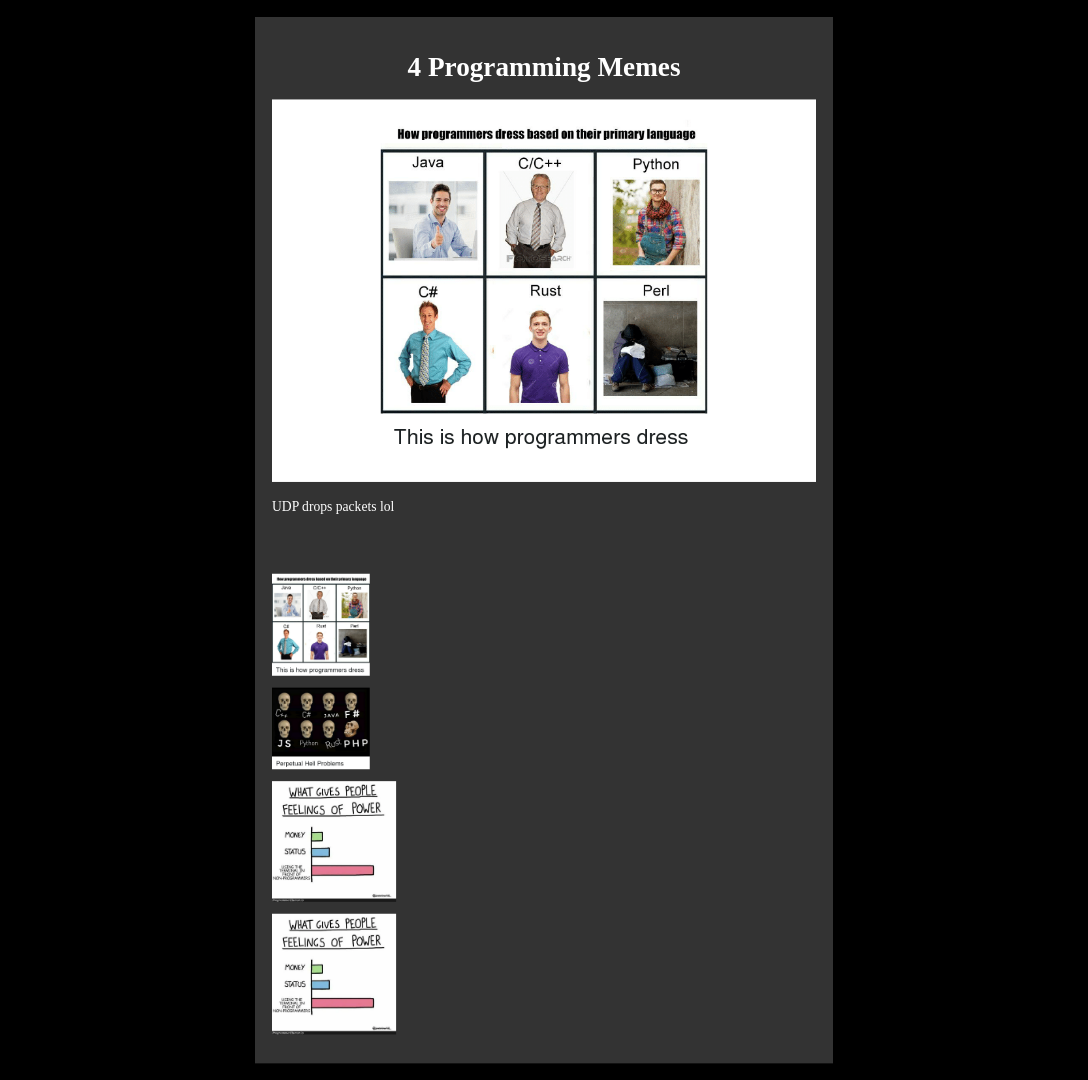
Repository: apopheny/JS230
Page: slideshow/index.html
The author's editor kept a copy of each file at every save. The page is drawn from the files as they stood at one save, then again after a run of saves.
The browser window is 1280 px wide. The pictures show the whole page, at 85% of full size.

Above is the page before, as saved 2024-02-05 14:14:26.
Console error: ReferenceError: func is not defined

### slideshow/index.html
<!DOCTYPE html>
<html lang="en">
  <head>
    <meta charset="UTF-8" />
    <meta name="viewport" content="width=device-width, initial-scale=1.0" />
    <title>Meme Slideshow</title>
    <link rel="stylesheet" href="stylesheets/slideshow.css" />
  </head>
  <body>
    <div id="slideshowContainer"></div>

    <script type="text/x-handlebars-template" id="galleryTemplate">
      <div class="slideshow">
        <h1>4 Programming Memes</h1>
        <div>
          {{> loadedPicturePartial this.[0]}}
        </div>
        <div class="gallery">
          {{> imageGalleryPartial this}}
        </div>
      </div>
    </script>

    <script type="text/x-handlebars-template" id="loadedPicturePartial">
      <div class="loadedPicture">
        <img
          src="assets/pic_{{this.id}}.png"
          alt="{{this.alt}}"
          class="loadedPicture"
          data-index="{{this.id}}"
        />
      </div>
      <span id="captionText">{{this.alt}}</span>
    </script>

    <script type="text/x-handlebars-template" id="imageGalleryPartial">
      <div class="image-gallery">
        {{#each this}}
          <a href="#" data-index="{{@index}}">
            <img src="assets/pic_{{this.id}}.png" class="image-thumbnail" />
          </a>
        {{/each}}
      </div>
    </script>

    <script src="https://cdn.jsdelivr.net/npm/handlebars@latest/dist/handlebars.js"></script>
    <script src="javascripts/slideshow.js"></script>
  </body>
</html>

### slideshow/stylesheets/slideshow.css
body {
  background-color: #000;
  display: flex;
  justify-content: center;
  align-items: center;
  min-height: 100vh;
  margin: 0;
  padding: 20px; /* Add some padding around the main container */
}

#slideshowContainer {
  display: flex;
  flex-direction: column;
  align-items: center;
  width: 90%; /* Make it responsive to the viewport width */
  max-width: 50vw; /* Set a max-width to prevent it from becoming too large */
  min-height: 100vh; /* Minimum height to take up more viewport space */
  background-color: #333;
  padding: 20px;
  box-shadow: 0 0 10px rgba(0, 0, 0, 0.5);
}

.slideshow h1 {
  text-align: center; /* Center the text horizontally */
  font-size: 2em; /* Increase the font size */
  color: #fff; /* Change the color to white or any color you prefer */
  margin: 0 auto; /* Center the heading and remove default margin */
  padding: 20px 0; /* Add some padding above and below the heading */
}

div.loadedPicture {
  width: 100%; /* Ensure it takes the full width of its container */
  background-color: #fff; /* White background for the image */
  display: flex; /* Use flex to center the image */
  justify-content: center; /* Center the image horizontally */
  padding: 20px; /* Add some padding around the image */
  margin-bottom: 20px;
  box-sizing: border-box; /* Include padding in width calculation */
}

.loadedPicture img {
  max-width: 100%; /* Ensure image does not overflow its container */
  max-height: 400px; /* Adjust based on your preference */
  margin-bottom: 10px; /* Space between image and caption */
}

#captionText {
  color: #fff;
  padding-top: 20px; /* Space between caption and gallery */
  margin-bottom: 20px; /* Space between caption and gallery */
}

.image-gallery {
  padding-top: 70px;
  display: flex;
  flex-wrap: wrap;
  justify-content: space-between;
  width: 100%;
}

.image-thumbnail {
  width: calc(25% - 10px); /* Four images per row, adjust margin */
  margin-bottom: 10px; /* Space between rows of images */
}

### slideshow/javascripts/slideshow.js
(function () {
  const memes = [
    {
      id: 1,
      alt: "UDP drops packets lol",
    },
    {
      id: 2,
      alt: "But why no JavaScript devs?",
    },
    {
      id: 3,
      alt: "I have never used PHP but still have an opinion somehow",
    },
    {
      id: 4,
      alt: "I am 1337 h4x0r and one day I'll learn grep and cURL",
    },
  ];

  Handlebars.registerPartial(
    "loadedPicturePartial",
    document.getElementById("loadedPicturePartial").innerHTML
  );
  Handlebars.registerPartial(
    "imageGalleryPartial",
    document.getElementById("imageGalleryPartial").innerHTML
  );
  let galleryTemplate = Handlebars.compile(
    document.getElementById("galleryTemplate").innerHTML
  );

  document.getElementById("slideshowContainer").innerHTML =
    galleryTemplate(memes);

  document.addEventListener("DOMContentLoaded", func);
})();

After the next 2 saves:
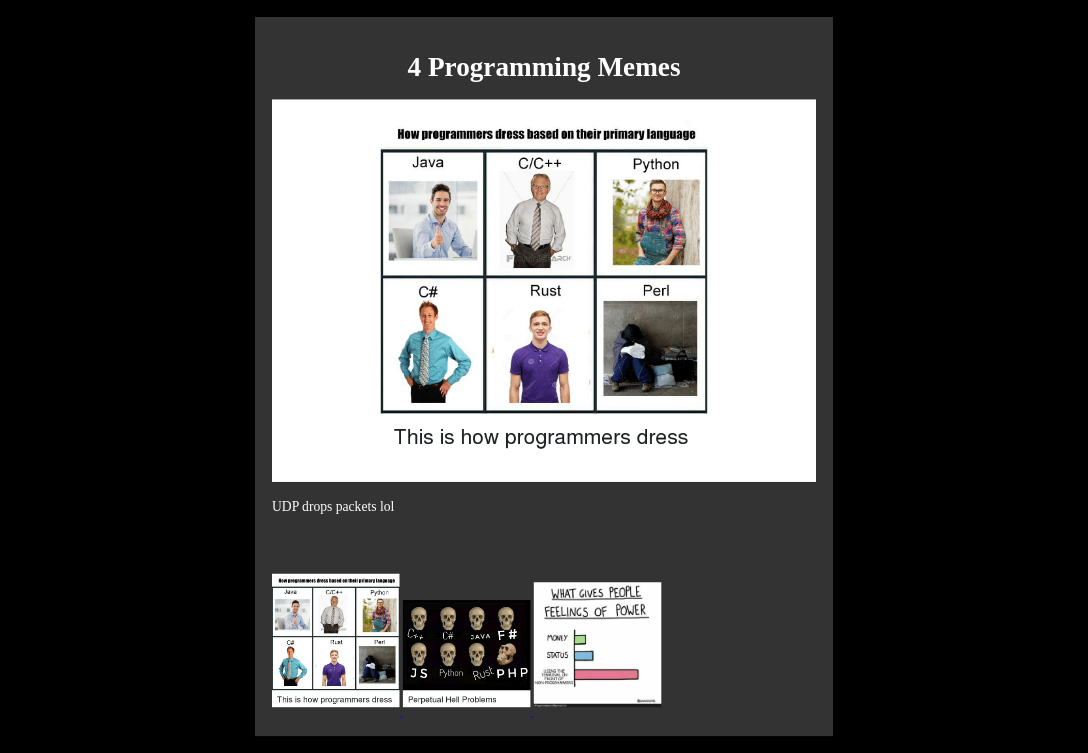
The 2 saves are shown as one change because they came seconds apart.
The last was saved 71 s later.
--- a/slideshow/index.html
+++ b/slideshow/index.html
@@ -37,7 +37,7 @@
       <div class="image-gallery">
         {{#each this}}
           <a href="#" data-index="{{@index}}">
-            <img src="assets/pic_{{this.id}}.png" class="image-thumbnail" />
+            <img src="assets/pic_{{this.id}}.png" class="image-thumbnail" data-index="{{@index}} />
           </a>
         {{/each}}
       </div>

After the save that followed:
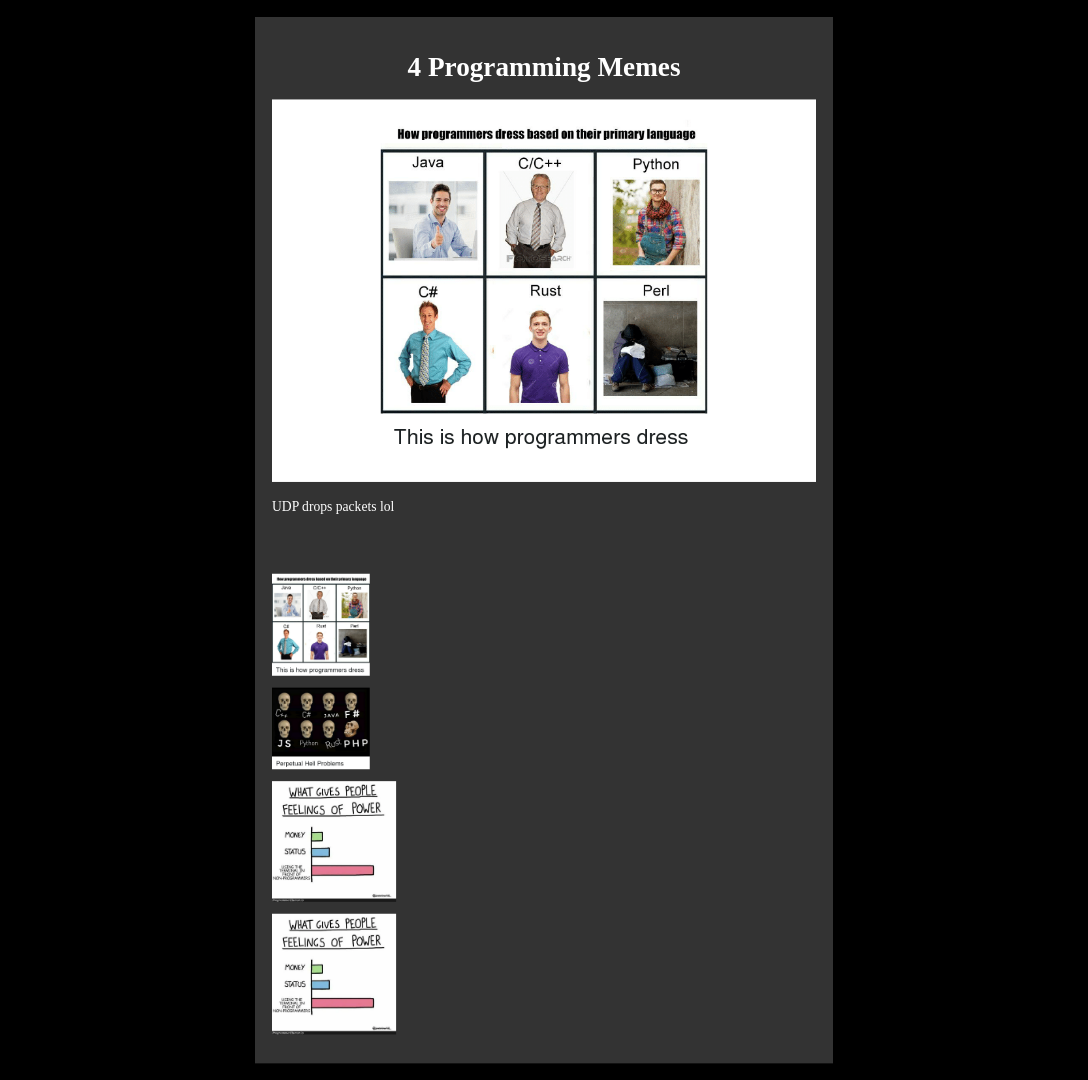
Saved 22 s later.
--- a/slideshow/index.html
+++ b/slideshow/index.html
@@ -37,7 +37,11 @@
       <div class="image-gallery">
         {{#each this}}
           <a href="#" data-index="{{@index}}">
-            <img src="assets/pic_{{this.id}}.png" class="image-thumbnail" data-index="{{@index}} />
+            <img
+              src="assets/pic_{{this.id}}.png"
+              class="image-thumbnail"
+              data-index="{{@index}}"
+            />
           </a>
         {{/each}}
       </div>
